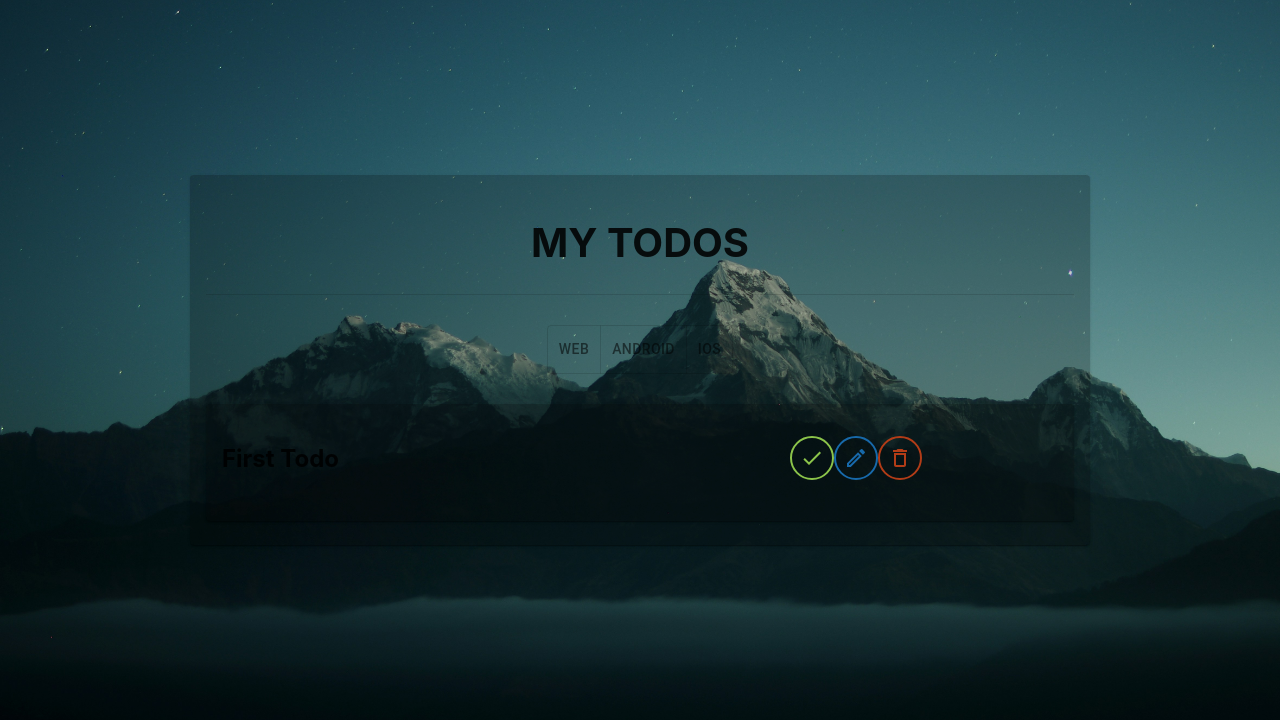
Repository: Ebadahamde/React-CRUDS-Project
Page: /
The author's editor kept a copy of each file at every save. The page is drawn from the files as they stood at one save, then again after a run of saves.
The browser window is 1280 px wide. The pictures show the whole page.
The project was rebuilt for these pictures with package versions that can differ from the ones it lists, and the page was loaded fresh each time.

Above is the page before, as saved 2025-08-23 16:54:37.

After the next 3 saves:
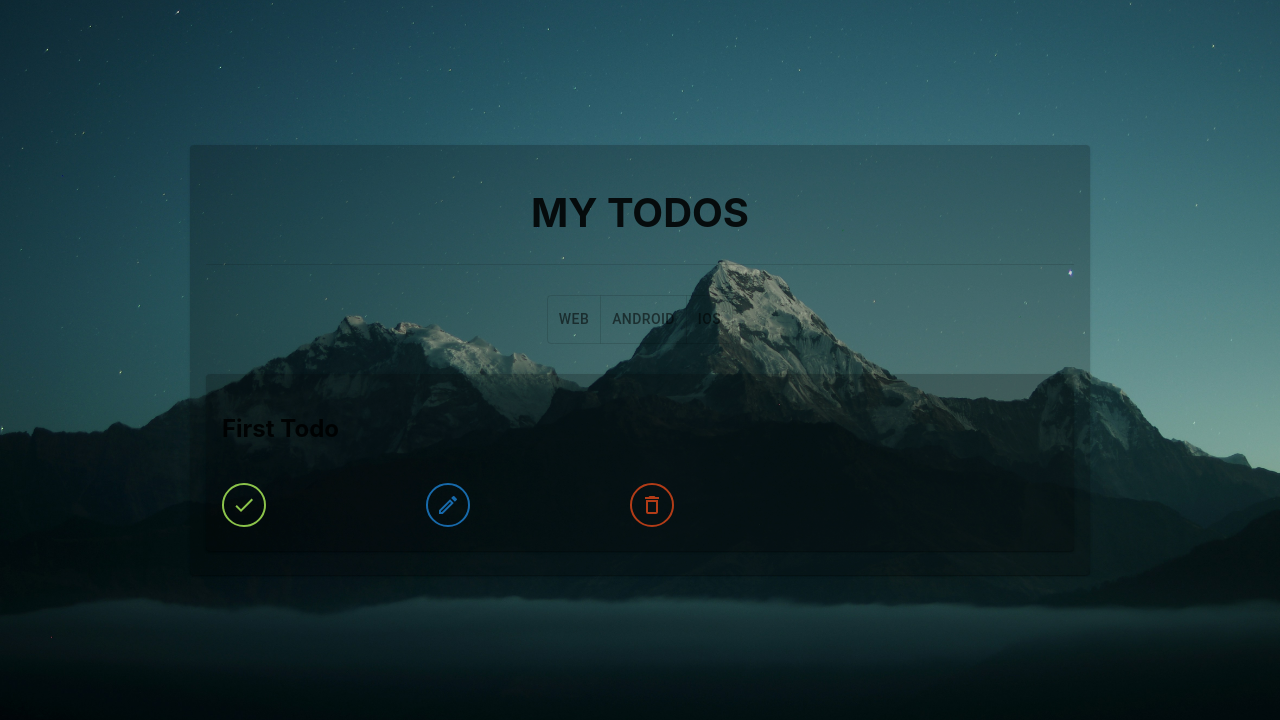
The 3 saves are shown as one change because they came seconds apart.
The last was saved 79 s later.
--- a/src/Componends/todo.js
+++ b/src/Componends/todo.js
@@ -22,7 +22,7 @@
               display="flex"
               justifyContent="space-around"
               alignItems="center"
-
+              gap={20}
             >
               <IconButton
                 className="iconButton"

After the save that followed:
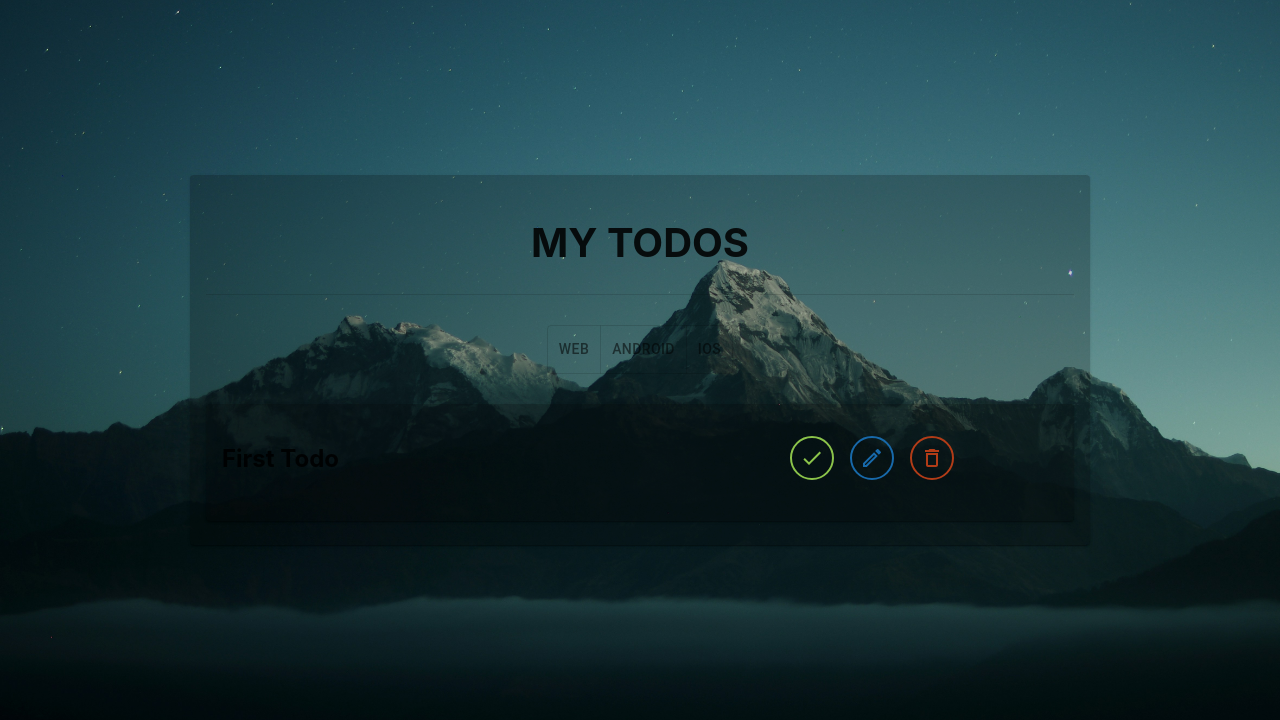
Saved 11 s later.
--- a/src/Componends/todo.js
+++ b/src/Componends/todo.js
@@ -22,7 +22,7 @@
               display="flex"
               justifyContent="space-around"
               alignItems="center"
-              gap={20}
+              gap={2}
             >
               <IconButton
                 className="iconButton"
